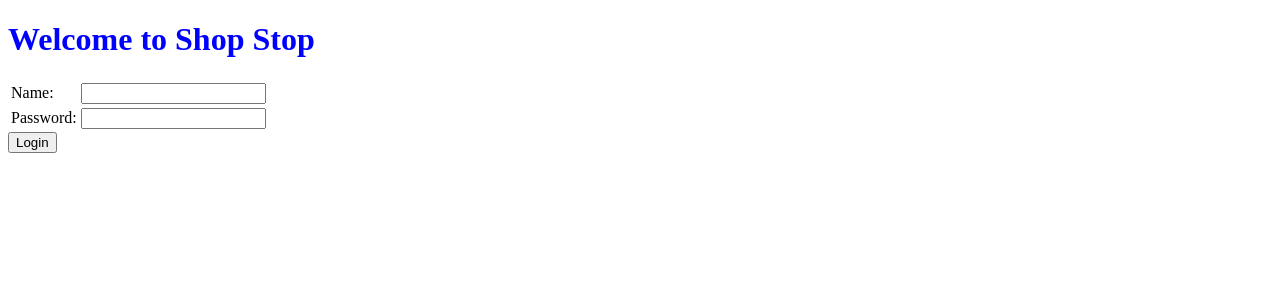
Repository: Sarvada12/Javascript
Page: eclipse/ShopStop/src/main/webapp/login.html
An editor plug-in stored every save of this project. The page is shown before and after the next save, followed by the edit.
The browser window is 1280 px wide. The pictures show the whole page.

Above is the page before, as saved 2021-11-30 06:20:39.

After the next save:
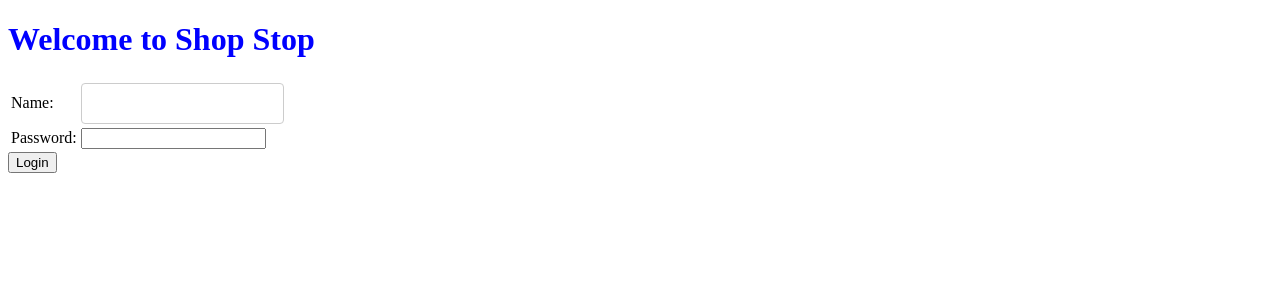
Saved 2 min 28 s later.
--- a/eclipse/ShopStop/src/main/webapp/login.html
+++ b/eclipse/ShopStop/src/main/webapp/login.html
@@ -5,6 +5,20 @@
 <title>Shop Stop -Login</title>
 <style>
 h1{color:blue}
+
+* {
+box-sizing: border-box;
+}
+
+
+
+input[type=text]{
+width: 100%;
+padding: 12px;
+border: 1px solid #ccc;
+border-radius: 4px;
+resize: vertical;
+}
 </style>
 </head>
 <body>
